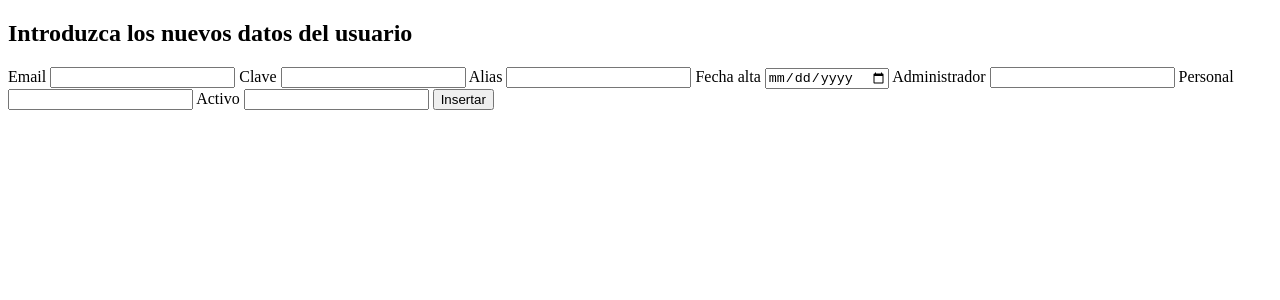
Repository: Mariangeles94/practica_gestion_usuarios
Page: http://localhost/Gestion/administrador/viewinsert.php
The author's editor kept a record of every edit. The page is drawn from the files as they stood at one moment, then again after the next edit.
The browser window is 1280 px wide. The pictures show the whole page.
The page is run by PHP 8.4 with error messages shown; the project is at /var/www/html/.

Above is the page before.

### administrador/viewinsert.php
<?php
require '../clases/AutoCarga.php';
$bd = new DataBase();
$gestor = new ManageUser($bd);

?>
<!DOCTYPE html>
<html>
    <head>
        <meta charset="UTF-8">
        <title></title>
        <link rel="stylesheet" type="text/css"  href=""/>
    </head>
    <body>
        <div id="main">
            <h2>Introduzca los nuevos datos del usuario</h2>
            <div id="form_sample">
                <form action="phpinsert.php" method="POST">
                    <label>Email</label>
                    <input type="text" name="pkemail" value=""/>
                    <label>Clave</label>
                    <input type="text" name="clave" value="" />
                    <label>Alias</label>
                    <input type="text" name="alias" value="" />
                    <label>Fecha alta</label>
                    <input type="date" name="fechaAlta" value="" />
                    <label>Administrador</label>
                    <input type="text" name="administrador" value="" />
                    <label>Personal</label>
                    <input type="text" name="personal" value="" />
                    <label>Activo</label>
                    <input type="text" name="activo" value="" />
                    <input type="submit" value="Insertar"/>
                </form>
            </div>
        </div>
    </body>
</html>
<?php
$bd->close();

### clases/AutoCarga.php
<?php

class AutoCarga {
    static function cargar($clase){
        $clase = str_replace("\\", "/", $clase);
        $archivo = "../clases/" .$clase . ".php";
         if (file_exists($archivo)) {
              require $archivo;
         }else{
             $archivo = "clases/" .$clase . ".php";
             require $archivo;
         }
   }
}
spl_autoload_register('AutoCarga::cargar'); // Tiene que estar fuera de la clase

### clases/DataBase.php
<?php

class DataBase {

    private $conexion, $consulta;

    function __construct() {
        try {
            $this->conexion = new PDO(
                    'mysql:host=' . Constant::SERVER . ';' .
                    'dbname=' . Constant::DATABASE, Constant::DBUSER, Constant::DBPASSWORD, array(
                PDO::ATTR_PERSISTENT => true,
                PDO::MYSQL_ATTR_INIT_COMMAND => 'set names utf8')
            );
        } catch (PDOException $e) {
            var_dump($e);
            exit();
            //Esta parte hay que completarla
        }
    }

    function close() {
        $this->conexion = null;
    }

    function getCount() {
        return $this->consulta->rowCount();
    }

    function getId() {
        return $this->conexion->lastInsertId();
    }

    function getErrorConection() {
        return $this->conexion->errorInfo();
    }

    function getError() {
        return $this->consulta->errorInfo();
    }

    function send($sql, $parametros = array()) {
        $this->consulta = $this->conexion->prepare($sql);
        foreach ($parametros as $nombreParametro => $valorParametro) {
            $this->consulta->bindValue($nombreParametro, $valorParametro);
        }
      //var_dump($parametros);
      //echo "sql:" .$sql;
        return $this->consulta->execute();
    }

    function getRow() {
        $r = $this->consulta->fetch();
        if ($r === null) {
            $this->consulta->closeCursor();
        }
        return $r;
    }
    function count($tabla, $condicion="1 = 1", $parametros = array()){
        $sql="select count(*) from $tabla where $condicion";
        $this->send($sql, $parametros);
        $fila = $this->getRow();
        return $fila[0];
    }

    function erase($tabla, $condicion, $parametros = array()) {
        //delete from TABLA where CONDICION
        $sql = "delete from $tabla where $condicion";
        if ($this->send($sql, $parametros)) {
            return $this->getCount();
        }
        return false;
    }

     function delete($tabla, $parametros = array()) {
        //delete from TABLA where CONDICION
        $camposWhere = "";
        foreach ($parametros as $nombreParametro => $valorParametro) {
            $camposWhere .= $nombreParametro . " = :" . $nombreParametro . " and ";
        }
        //$camposWhere .= "1=1";
        $camposWhere = substr($camposWhere, 0, -4);
        $sql = "delete from $tabla where $camposWhere";
        if ($this->send($sql, $parametros)) {
            return $this->getCount();
        }
        return false;
    }

    function insert($tabla, $parametros = array(), $auto = true) {
        //insert into TABLA values (VALORES);
        //insert into TABLA (CAMPOS) values (VALORES);
        //insert into TABLA (c1, c2) values (:c1, :c2);
        //si la tabla tiene un campo autonumerico devuelvo el id
        //si no devuelvo el numero de filas insertadas(1)
        //si error devuelvo false
        $campos = "";
        $valores = "";
        foreach ($parametros as $nombreParametro => $valorParametro) {
            $campos .= $nombreParametro . ",";
            $valores .= ":" . $nombreParametro . ",";
        }
        $campos = substr($campos, 0, -1);
        $valores = substr($valores, 0, -1);
        $sql = "insert into $tabla ($campos) values ($valores)";
        if ($this->send($sql, $parametros)) {
            if ($auto) {
                return $this->getId();
            }
            return $this->getCount();
        }
        return false;
    }

    function update($tabla, $parametrosSet = array(), $parametrosWhere = array()) {
        //update TABLA set VALORES where CONDICION
        //update TABLA set c1=:c1, c2=:c2 where c1=:_c1 and c3=:_c3
        $camposSet = "";
        $camposWhere = "";
        $parametros = array();
        foreach ($parametrosSet as $nombreParametro => $valorParametro) {
            $camposSet .= $nombreParametro . " = :" . $nombreParametro . ",";
            $parametros[$nombreParametro] = $valorParametro;
        }
        $camposSet = substr($camposSet, 0, -1);

        foreach ($parametrosWhere as $nombreParametro => $valorParametro) {
            $camposWhere .= $nombreParametro . " = :_" . $nombreParametro . " and ";
            $parametros["_" . $nombreParametro] = $valorParametro;
        }
        //$camposWhere .= "1=1";
        $camposWhere = substr($camposWhere, 0, -4);
        $sql = "update $tabla set $camposSet where $camposWhere";
        if ($this->send($sql, $parametros)) {
            return $this->getCount();
        }
        return -1;
    }

    function query($tabla, $proyeccion = "*", $parametros = array(), $orden = "1", $limite = "") {
        //select CAMPOS from TABLA where CONDICION order by ORDEN LIMIT
        //select c1,c2 from TABLA where c3=:c3 and c4 = :c4 order by c2 desc,c1 limit 8,15
        $campos = "";
        foreach ($parametros as $nombreParametro => $valorParametro) {
            $campos .= $nombreParametro . " = :" . $nombreParametro . " and ";
        }
        $campos .= "1=1";
        //$campos = substr($campos, 0, -4);
        $limit = "";
        if($limite!==""){
            $limit = "limit $limite";
        }
        $sql = "select $proyeccion from $tabla where $campos order by $orden $limit";
        return $this->send($sql, $parametros);
    }

    function select($tabla, $proyeccion = "*", $condicion = "1 = 1",
        $parametros = array(), $orden="1", $limite=""){
        $limit = "";
        if($limite!==""){
            $limit = "limit $limite";
        }
        $sql = "select $proyeccion from $tabla "
                . "where $condicion order by $orden $limit";
        return $this->send($sql, $parametros);
    }

}

### clases/Constant.php
<?php

class Constant {
    const DATABASE = "gestion";
    const SERVER = "localhost";
    const DBUSER = "mariangeles94";
    const DBPASSWORD = "";
    const NRPP = 10;
    const SEMILLA="45856";
}

### clases/ManageUser.php
<?php

class ManageUser {
    private $bd = null;
    private $tabla = "usuario";

    function __construct(DataBase $bd) {
        $this->bd = $bd;
    }

    function get($email) {
        //devuelve un objeto de la clase
        $parametros = array();
        $parametros['email'] = $email;
        $this->bd->select($this->tabla, "*", "email=:email", $parametros);
        $fila = $this->bd->getRow();
        $user = new User();
        $user->set($fila);
        return $user;
    }

    function count($condicion = "1 = 1", $parametros = array()) {
        return $this->bd->count($this->tabla, $condicion, $parametros);
    }

    function delete($email) {
        $parametros = array();
        $parametros['email'] = $email;
        return $this->bd->delete($this->tabla, $parametros);
    }

    function deleteCities($parametros) {
        return $this->bd->delete($this->tabla, $parametros);
    }

    function erase(User $user) {
        return $this->delete($user->getEmail());
    }

   function set(User $user, $pkemail){
        //Update de todos los campos menos el id, el id se usara como el where para el update numero de filas modificadas
        $parametros =$user->getArray();
        $parametrosWhere = array();
        $parametrosWhere["email"]=$pkemail;
        return $this->bd->update($this->tabla, $parametros, $parametrosWhere);
    }
   function setActivo($email,$activo){
        //Update de todos los campos menos el id, el id se usara como el where para el update numero de filas modificadas
        $parametrosSet = array();
        $parametrosSet['activo'] = $activo;

        $parametrosWhere = array();
        $parametrosWhere["email"]=$email;
        return $this->bd->update($this->tabla, $parametrosSet, $parametrosWhere);
    }
     function setClave($email,$clave){
        //Update de todos los campos menos el id, el id se usara como el where para el update numero de filas modificadas
        $parametrosSet = array();
        $parametrosSet['clave'] = $clave;

        $parametrosWhere = array();
        $parametrosWhere["email"]=$email;
        return $this->bd->update($this->tabla, $parametrosSet, $parametrosWhere);
    }

    function insert(User $user) {
        $parametrosSet = array();
        $parametrosSet['email'] = $user->getEmail();
        $parametrosSet['clave'] = $user->getClave();
        $parametrosSet['alias'] = $user->getAlias();
        $parametrosSet['fechaAlta'] = $user->getFechaAlta();
        $parametrosSet['activo'] = $user->getActivo();
        $parametrosSet['administrador'] = $user->getAdministrador();
        $parametrosSet['personal'] = $user->getPersonal();
        return $this->bd->insert($this->tabla, $parametrosSet);
    }

    function getList($pagina = 1, $order = "", $nrpp = Constant::NRPP, $condicion = "1=1", $parametros = array()) {

        $resgistroInicial = ($pagina - 1) * $nrpp;
        $this->bd->select($this->tabla, "*", $condicion, $parametros, $ordenPredeterminado, "$resgistroInicial, $nrpp"); /* limite va desde 1 y saca 10 registros */
        $r = array();
        while ($fila = $this->bd->getRow()) {
            $user = new User();
            $user->set($fila);
            $r[] = $user;
        }
        return $r;
    }
     function getList2($pagina = 1, $nrpp = Constant::NRPP) {
        $resgistroInicial = ($pagina - 1) * $nrpp;
        $this->bd->select($this->tabla, "*", "1=1", array(), "email", "$resgistroInicial, $nrpp"); /* limite va desde 1 y saca 10 registros */
        $r = array();
        while ($fila = $this->bd->getRow()) {
            $user = new User();
            $user->set($fila);
            $r[] = $user;
        }
        return $r;
    }

    function getValuesSelectTodos() {
        $this->bd->query($this->tabla, "*", array());
        $array = array();
        while ($fila = $this->bd->getRow()) {
            $user = new User();
            $user->set($fila);
            $array = $user;
           // $array[$fila[0]] = $fila[1];
        }
        return $array;
    }
    function getValuesSelectUsario() {
        $this->bd->query($this->tabla, "email, clave, alias", array(), "email");
        $array = array();
        while ($fila = $this->bd->getRow()) {
            $array[$fila[0]] = $fila[1];
        }
        return $array;
    }
    function getValuesSelectPersonal() {
        $this->bd->query($this->tabla, "clave, alias, fechaAlta", array(), "fechaAlta");
        $array = array();
        while ($fila = $this->bd->getRow()) {
            $array[$fila[0]] = $fila[1];
        }
        return $array;
    }
}

After the next edit:
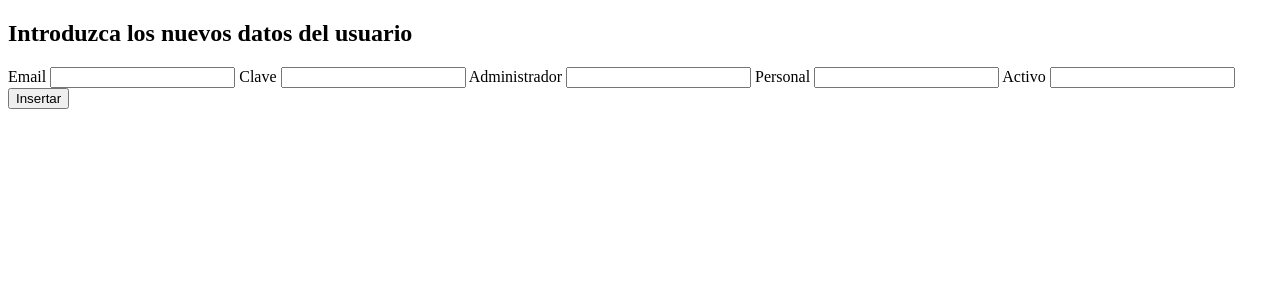
The edit:
--- a/administrador/viewinsert.php
+++ b/administrador/viewinsert.php
@@ -20,10 +20,6 @@
                     <input type="text" name="pkemail" value=""/>
                     <label>Clave</label>
                     <input type="text" name="clave" value="" />
-                    <label>Alias</label>
-                    <input type="text" name="alias" value="" />
-                    <label>Fecha alta</label>
-                    <input type="date" name="fechaAlta" value="" />
                     <label>Administrador</label>
                     <input type="text" name="administrador" value="" />
                     <label>Personal</label>
